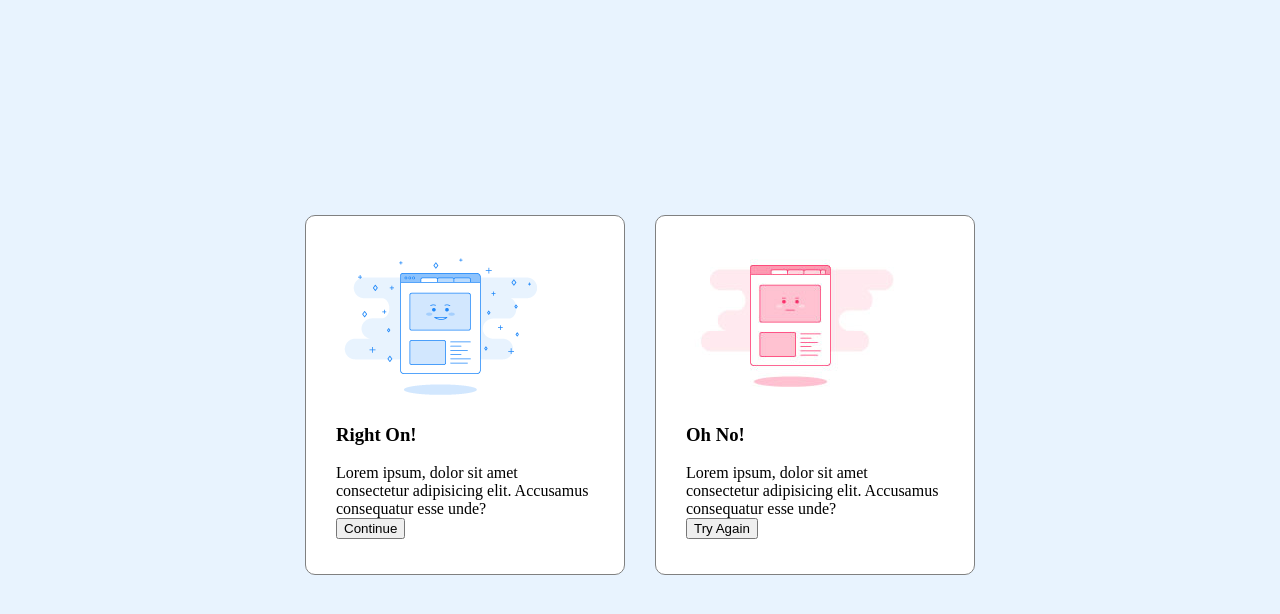
Repository: giahuy405/flash_message_BEM
Page: index.html
The author's editor kept a copy of each file at every save. The page is drawn from the files as they stood at one save, then again after the next save.
The browser window is 1280 px wide. The pictures show the whole page.

Above is the page before, as saved 2022-09-06 02:31:27.

After the next save:
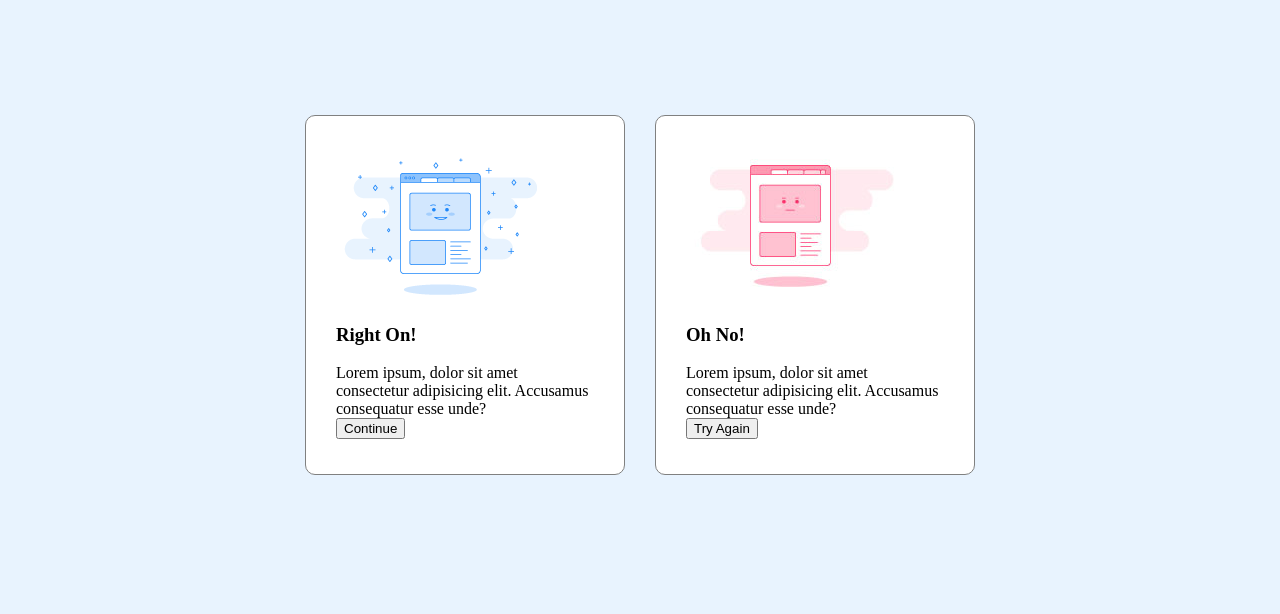
Saved 7 s later.
--- a/css/index.css
+++ b/css/index.css
@@ -13,7 +13,7 @@ body{
     width: 700px;
     height: auto;
     margin:auto;
-    margin-top: 200px;
+    margin-top: 100px;
 }
  .flash-message__padding{
     float: left;
